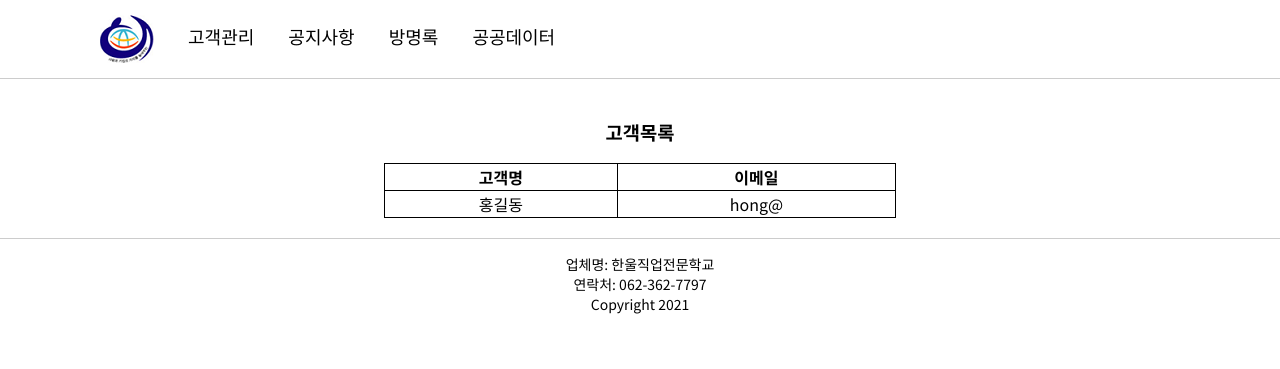
Repository: JSY93/spring-web
Page: http://localhost/iot/WEB-INF/views/customer/list.jsp
These files come from the project's save history. The page is drawn as it stood at one moment and after the next save; the edit follows.
The browser window is 1280 px wide. The pictures show the whole page.
The page is served by Tomcat 9. Nobody is signed in. The template is opened directly, without the code that normally fills it, so the values that code supplies are empty.

Above is the page before, as saved 2021-01-08 06:45:23.

After the next save:
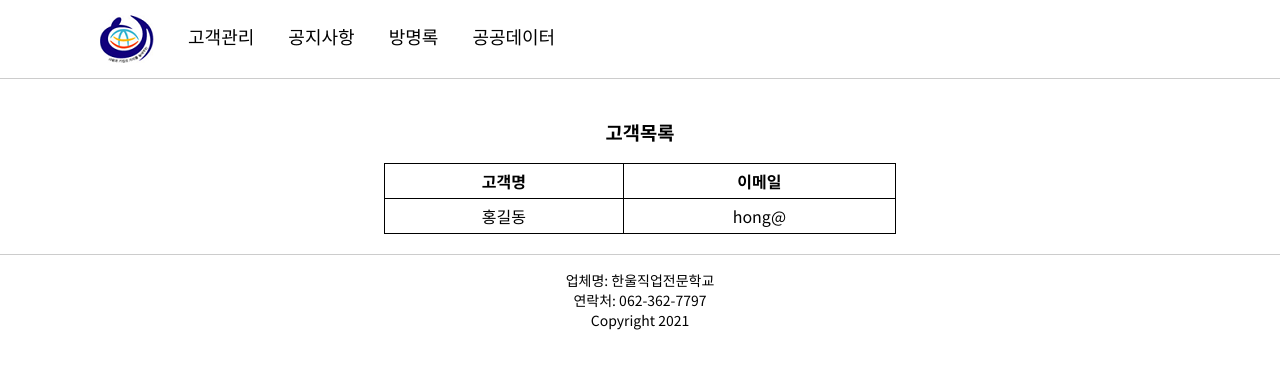
Saved 25 s later.
--- a/Study_Spring/iot/src/main/webapp/resources/css/common.css
+++ b/Study_Spring/iot/src/main/webapp/resources/css/common.css
@@ -16,7 +16,10 @@ table {
 	border:1px solid;
 	border-collapse:collapse;
 }
-table th, table td { border:1px solid; }
+table th, table td {
+	border:1px solid;
+	padding: 5px 10px;
+}
 
 .w-pct80 { width:80% }
 .w-pct60 { width:60% }
